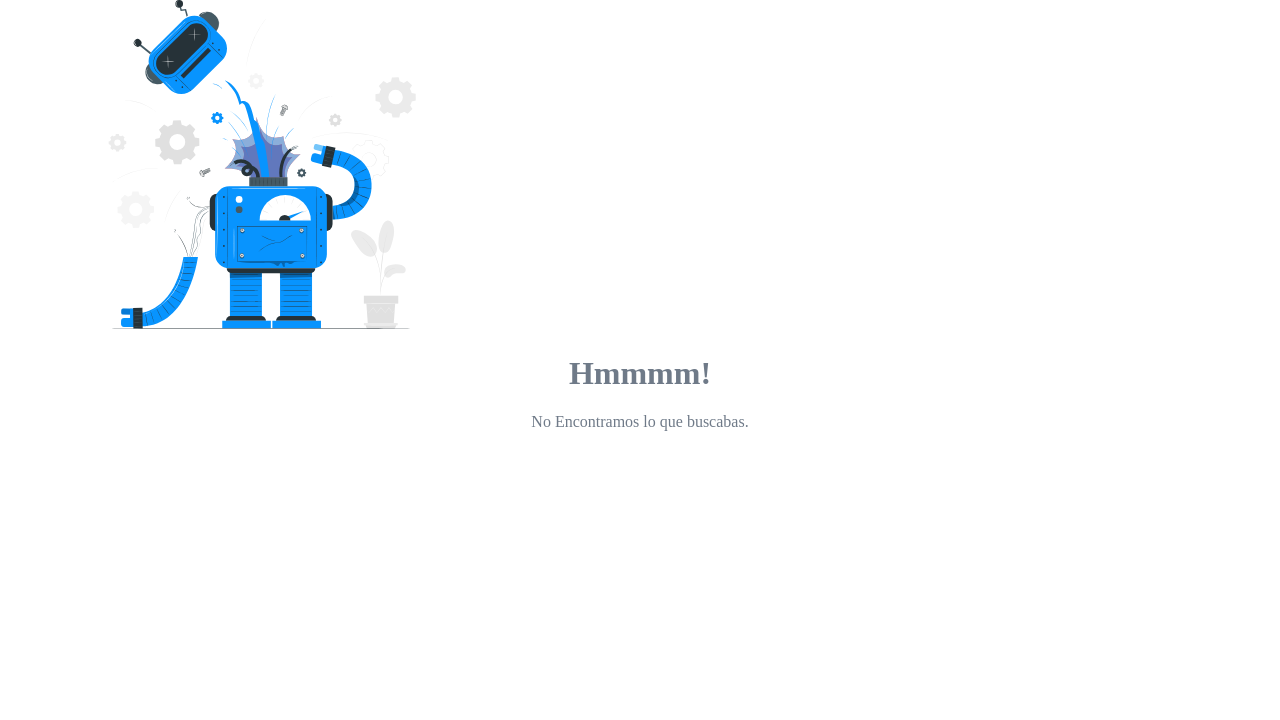
Repository: FabioMadrid/atlas_code
Page: 404.html
An editor plug-in stored every save of this project. The page is shown before and after the next save, followed by the edit.
The browser window is 1280 px wide. The pictures show the whole page.
Some web fonts or font styles are not loaded; a fallback is used. Some web libraries are served in a nearby version.

Above is the page before, as saved 2021-01-13 12:20:41.

After the next save:
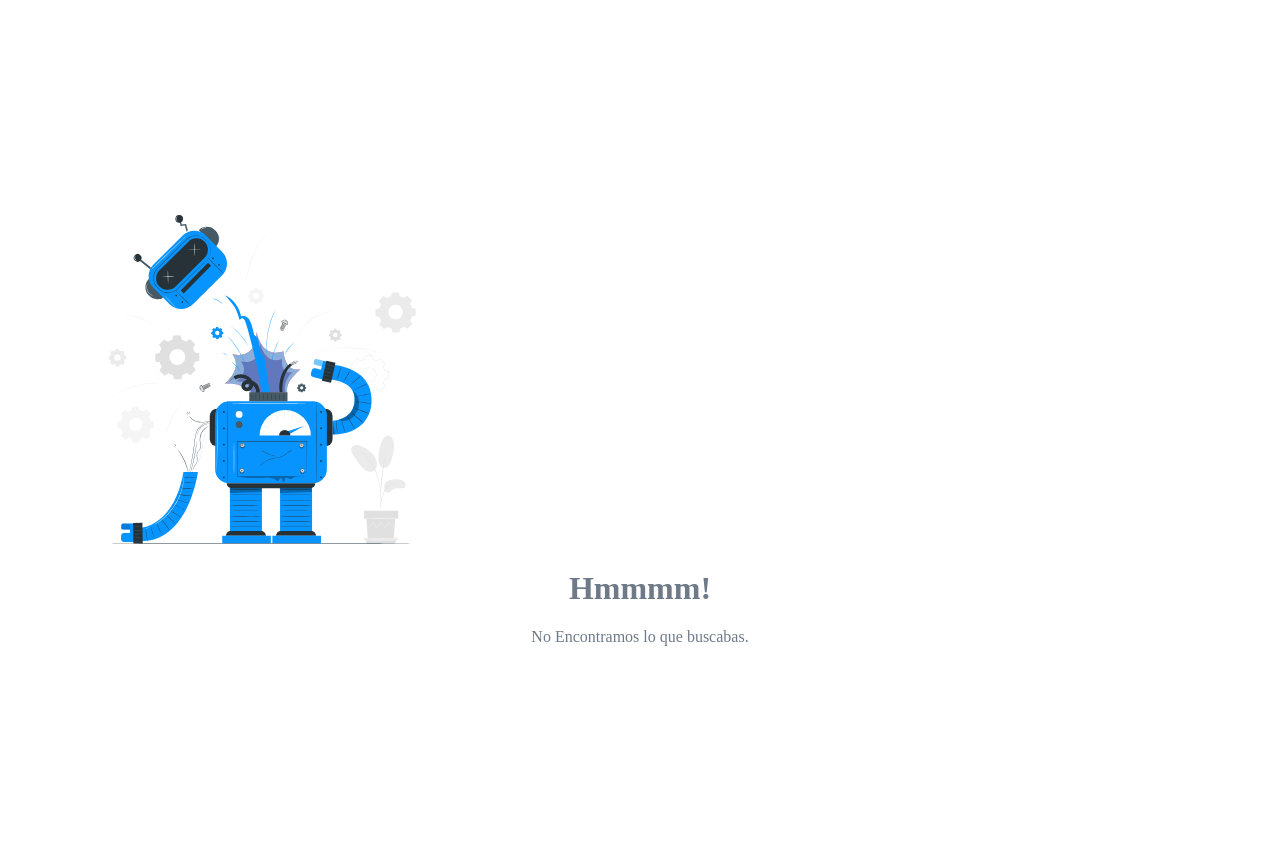
Saved 2 min 46 s later.
--- a/404.html
+++ b/404.html
@@ -12,16 +12,20 @@
 </head>
 <body>
 
-    <div>
-        <img src="/svg/robot_explotando.svg" alt="" >
+    <div style="margin: 20% auto;">
+
+        <div>
+            <img src="/svg/robot_explotando.svg" alt="" >
+        </div>
+
+        <h1 class="text" style="text-align: center;">
+            Hmmmm!
+        </h1>
+        <p class="text" style="text-align: center;">
+            No Encontramos lo que buscabas.
+        </p>
+
     </div>
-
-    <h1 class="text" style="text-align: center;">
-        Hmmmm!
-    </h1>
-    <p class="text" style="text-align: center;">
-        No Encontramos lo que buscabas.
-    </p>
 
 </body>
 </html>
